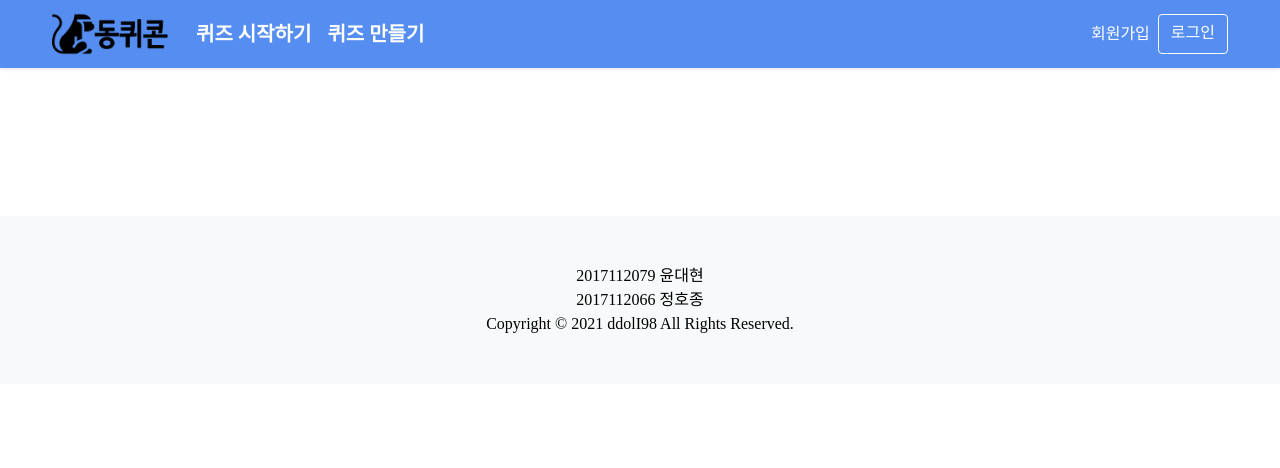
Repository: eogus0512/Quiz_WebProject
Page: http://localhost/Quiz_WebProject/resultQuiz.jsp
An editor plug-in stored every save of this project. The page is shown before and after the next save, followed by the edit.
The browser window is 1280 px wide. The pictures show the whole page.
Some web fonts or font styles are not loaded; a fallback is used. The page is served by Tomcat 9. Other server files are loaded and not shown.

Above is the page before, as saved 2021-11-28 15:20:36.

### Quiz_WebProject/WebContent/resultQuiz.jsp
<%@ page language="java" contentType="text/html;charset=UTF-8" pageEncoding="UTF-8" %>
<%@ page import="java.io.PrintWriter"%>
<%@ page import = "question.*" %>
<%@ page import = "java.util.ArrayList" %>
<!DOCTYPE html>
<html>
<head>
    <meta http-equiv="Content-Type" content="text/html"; charset="UTF-8">
    <meta name="viewport" content="width=device-width, initial-scale=1, shrink-to-fit=no">
    <title>동퀴콘</title>
    <link rel="stylesheet" href="./css/bootstrap.min.css">
    <link rel="stylesheet" href="./css/custom.css">
    <link rel="icon" href="./img/favicon.png">
</head>
<body>
<nav class="navbar navbar-expand-lg navbar-light fixed-top shadow-sm" style="background-color: #558DF0;">
    <div class="container-xxl d-flex align-items-md-center" style="width:1200px">
        <a class="navbar-brand" href="index.jsp"><img src="./img/mainIcon.png" class="rounded float-start" width="120"></a>
        <button class="navbar-toggler" type="button" data-bs-toggle="collapse" data-bs-target="#navbarSupportedContent" aria-controls="navbarSupportedContent" aria-expanded="false" aria-label="Toggle navigation">
            <span class="navbar-toggler-icon"></span>
        </button>
        <div class="collapse navbar-collapse" id="navbarSupportedContent">
            <ul class="navbar-nav me-auto">
                <li class="nav-item">
                    <a class="nav-link" href="#" style="font-size:15pt; color:white;"><b>퀴즈 시작하기</b></a>
                </li>
                <li class="nav-item">
                    <a class="nav-link" href="registerQuiz.jsp" style="font-size:15pt; color:white;"><b>퀴즈 만들기</b></a>
                </li>
            </ul>
            <%
                String LoginID = null;
                String UserName = null;
                if(session.getAttribute("loginID") != null) {
                    LoginID = (String) session.getAttribute("LoginID");
                    UserName = (String) session.getAttribute("UserName");
                }
                if(LoginID == null) {
            %>
            <ul class="navbar-nav">
                <a class="nav-link" aria-current="page" href="signUp.jsp" style="color:white">회원가입</a>
                <a class="btn btn-outline-primary" href="login.jsp" style="border-color: white; color: white">로그인</a>
            </ul>
            <%
            } else {
            %>
            <ul class="navbar-nav d-flex">
                <li class="nav-item dropdown">
                    <a class="nav-link dropdown-toggle" href="#" id="navbarDropdown" role="button" data-bs-toggle="dropdown" aria-expanded="false" style="color: white">
                        <%=UserName %> 님
                    </a>
                    <ul class="dropdown-menu" aria-labelledby="navbarDropdown" style="background-color: #558DF0;">
                        <li><a class="dropdown-item" href="myPage.jsp" style="color: white">마이페이지</a></li>
                        <li><a class="dropdown-item" href="#" style="color: white">1:1 문의</a></li>
                        <li><hr class="dropdown-divider" style="color: white"></li>
                        <li><a class="dropdown-item" href="logout.jsp" style="color: white">로그아웃</a></li>
                    </ul>
                </li>
            </ul>
            <%
                }
            %>
        </div>
    </div>
</nav>
<br><br><br><br>
<div class="py-5 text-center">
</div>
<div class="container col-md-4">
	<%
		System.out.println(request.getParameter("score"));
	%>

</div>
<footer class="bg-light mt-4 p-5 text-center" style="color: #000000;">
    2017112079 윤대현<br>2017112066 정호종<br>
    Copyright &copy; 2021 ddolI98 All Rights Reserved.
</footer>
<script src="./js/jquery.min.js"></script>
<script src="./js/popper.js"></script>
<script src="./js/bootstrap.min.js"></script>
</body>
</html>

### Quiz_WebProject/WebContent/css/custom.css
@import url(https://fonts.googleapis.com/earlyaccess/nanumgothic.css);
.navbar-brand, h1, h2, h3, h4 {
    font-family: 'Nanum Gothic';
}
h5 {
    font-family: 'Nanum Gothic';
    font-size: 18px;
}
body {
    font-family: 'Nanum Gothic';
}

Loaded but not shown: Quiz_WebProject/WebContent/css/bootstrap.min.css (library); Quiz_WebProject/WebContent/js/jquery.min.js (library); Quiz_WebProject/WebContent/js/popper.js (library); Quiz_WebProject/WebContent/js/bootstrap.min.js (library)

After the next save:
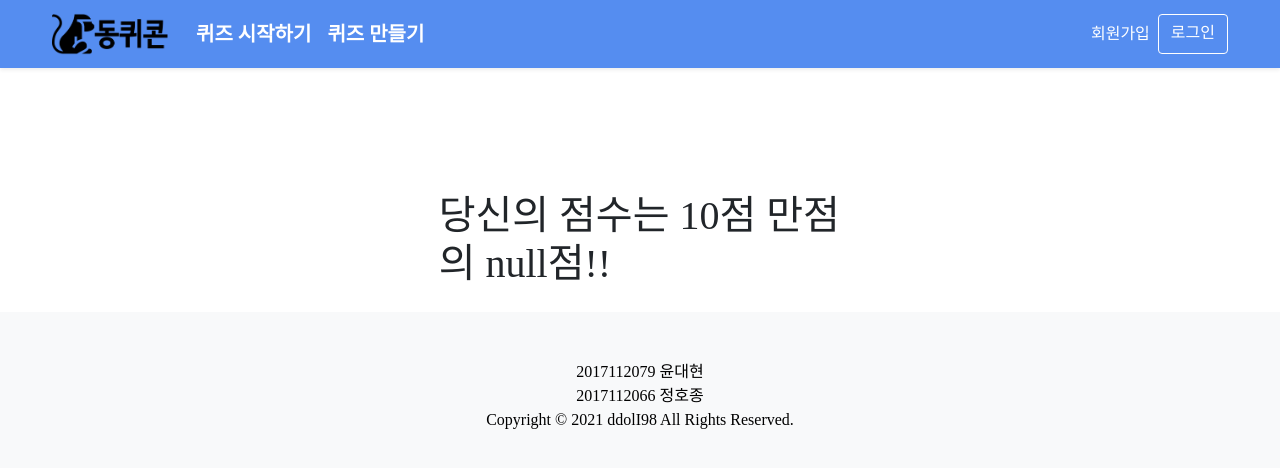
Saved 10 min 15 s later.
--- a/Quiz_WebProject/WebContent/resultQuiz.jsp
+++ b/Quiz_WebProject/WebContent/resultQuiz.jsp
@@ -67,9 +67,7 @@
 <div class="py-5 text-center">
 </div>
 <div class="container col-md-4">
-	<%
-		System.out.println(request.getParameter("score"));
-	%>
+	<h1>당신의 점수는 10점 만점의 <%=request.getParameter("score") %>점!!</h1>
 
 </div>
 <footer class="bg-light mt-4 p-5 text-center" style="color: #000000;">
